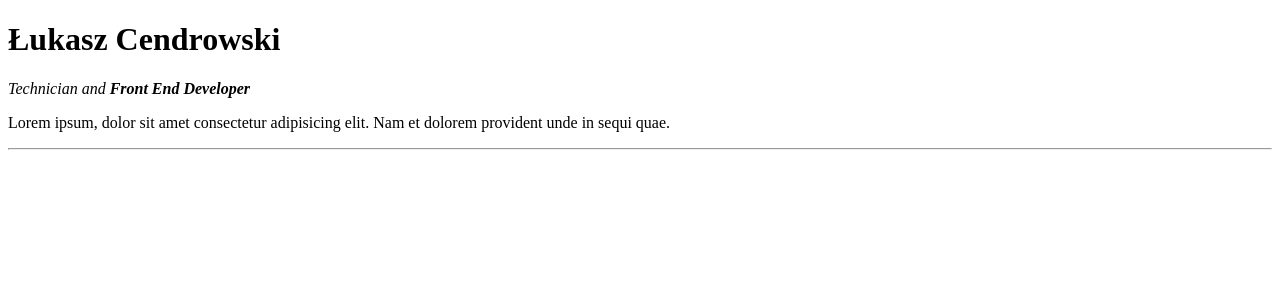
Repository: Isanderr/simple_landing_page-1
Page: index.html
These files come from the project's save history. The page is drawn as it stood at one moment and after the next save; the edit follows.
The browser window is 1280 px wide. The pictures show the whole page.

Above is the page before, as saved 2019-01-28 21:47:57.

After the next save:
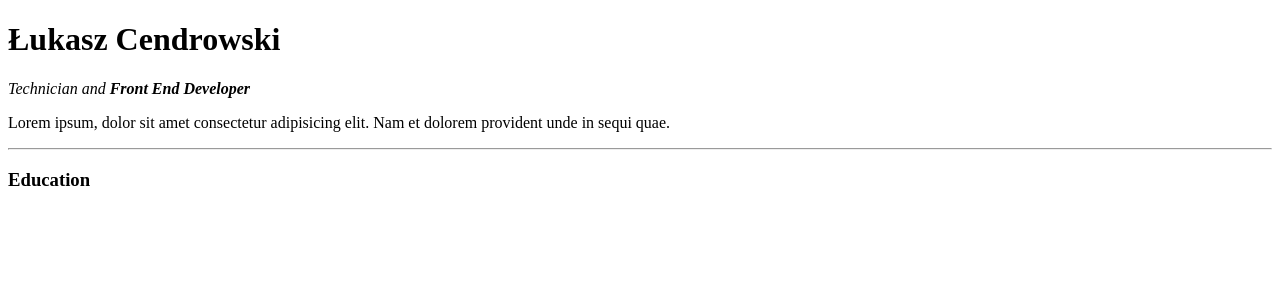
Saved 36 s later.
--- a/index.html
+++ b/index.html
@@ -13,6 +13,7 @@
         <p><em>Technician and <strong>Front End Developer</strong></em></p>
         <p>Lorem ipsum, dolor sit amet consectetur adipisicing elit. Nam et dolorem provident unde in sequi quae.</p>
         <hr>
+        <h3>Education</h3>
     </body>
 
 </html>
